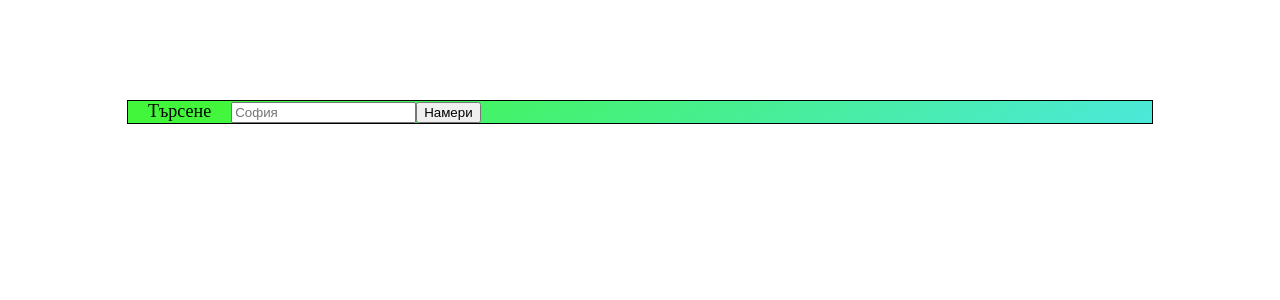
Repository: GeryZlatev/address-search
Page: /
These files come from the project's save history. The page is drawn as it stood at one moment and after the next save; the edit follows.
The browser window is 1280 px wide. The pictures show the whole page.
The project was rebuilt for these pictures with package versions that can differ from the ones it lists, and the page was loaded fresh each time.

Above is the page before, as saved 2021-04-09 20:04:46.

After the next save:
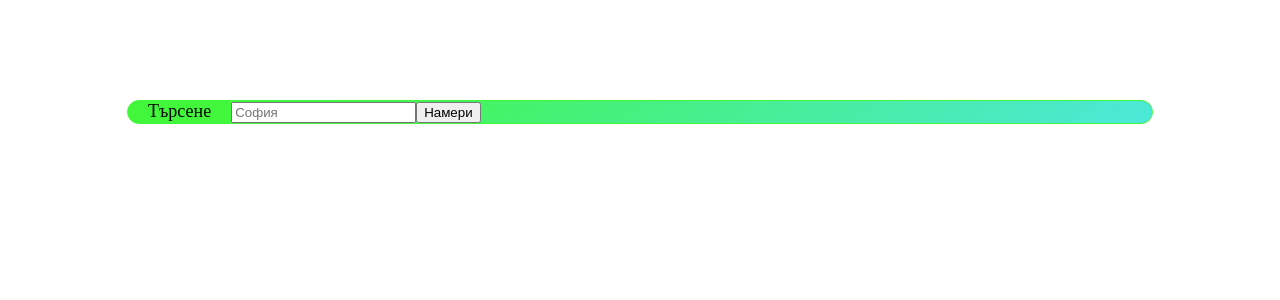
Saved 14 s later.
--- a/src/components/SearchBar/SearchBar.module.css
+++ b/src/components/SearchBar/SearchBar.module.css
@@ -5,7 +5,8 @@
     justify-content: space-between;
     background: rgb(66,247,59);
 background: linear-gradient(148deg, rgba(66,247,59,1) 10%, rgba(76,232,217,1) 99%);
-border: 1px solid ;
+border: 1px solid #42f73b;
+border-radius: 20px;
 
 }
 
